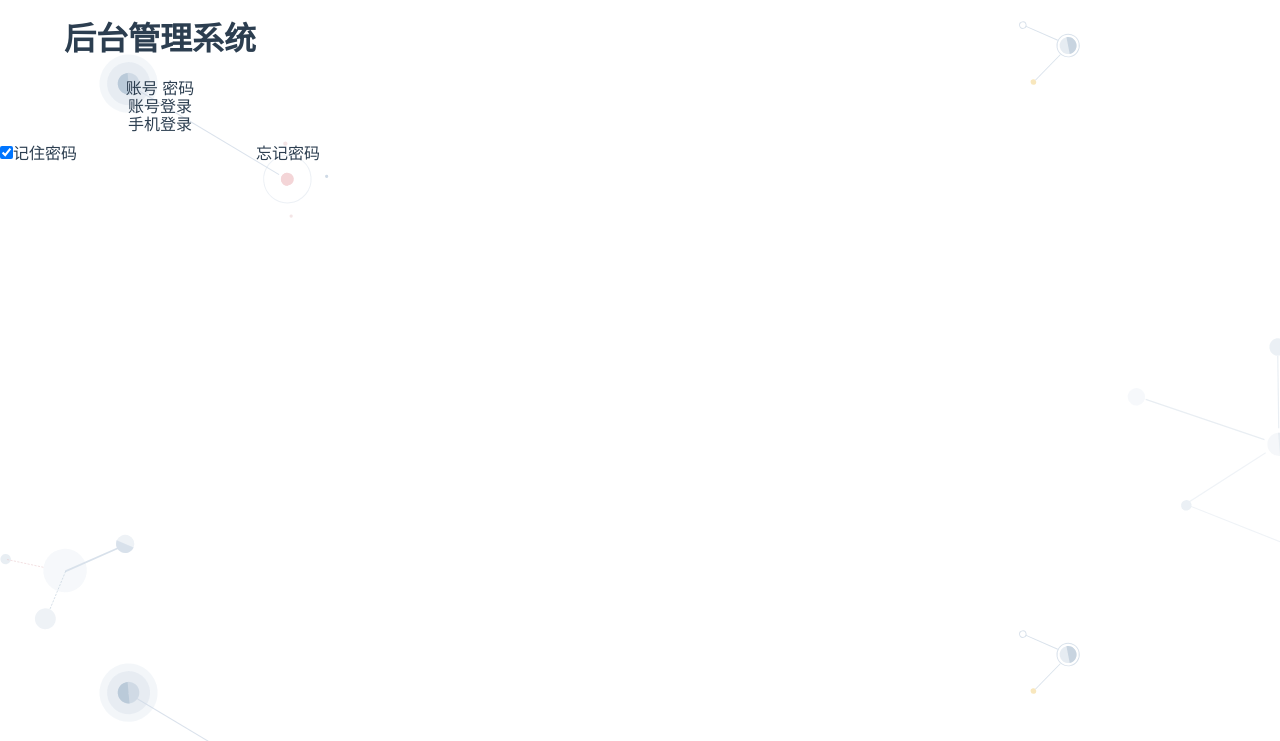
Repository: chenguox/vue-admin
Page: /#/login
These files come from the project's save history. The page is drawn as it stood at one moment and after the next save; the edit follows.
The browser window is 1280 px wide. The pictures show the whole page.
The page's requests for data from a server got no answer. The project was rebuilt for these pictures with package versions that can differ from the ones it lists, and the page was loaded fresh each time. No one was signed in, and anything a server would have sent is missing. Also part of the build but not shown: vue.config.js.

Above is the page before, as saved 2022-03-05 10:55:05.

### src/main.ts
import { createApp } from 'vue'
import { globalRegister } from './global'
import 'normalize.css'
import './assets/css/index.less'

import App from './App.vue'

import router from './router'
import store from './store'

import gxRequest from './service'

const app = createApp(App)

// 注册element-plus/其他
app.use(globalRegister)
app.use(router)
app.use(store)

app.mount('#app')

interface DataType {
  data: any
  returnCode: string
  success: boolean
}

gxRequest
  .request<DataType>({
    url: '/post',
    method: 'POST',
    interceptors: {
      requestInterceptor: (config) => {
        console.log('单个请求成功的拦截')
        return config
      },
      requestInterceptorCatch: (err) => {
        console.log('单个请求失败的拦截')
        return err
      },
      responseInterceptor: (res) => {
        console.log('单个响应成功的拦截')
        return res
      },
      responseInterceptorCatch: (err) => {
        console.log('单个响应失败的拦截')
        return err
      }
    }
  })
  .then((res) => {
    // 拿到请求结果
    console.log(res)
  })

### src/global/index.ts
import { App } from 'vue'
import registerElement from './register-element'

export function globalRegister(app: App): void {
  app.use(registerElement)
}

### src/App.vue
<template>
  <div id="app">
    <!-- <router-link to="/login">登录</router-link>
    <router-link to="/main">首页</router-link>
    <h2>{{ $store.state.name }}</h2> -->
    <router-view></router-view>
  </div>
</template>

<script lang="ts">
import { defineComponent } from 'vue'

export default defineComponent({
  name: 'App',
  components: {}
})
</script>

<style lang="less">
#app {
  font-family: Avenir, Helvetica, Arial, sans-serif;
  -webkit-font-smoothing: antialiased;
  -moz-osx-font-smoothing: grayscale;
  text-align: center;
  color: #2c3e50;
  // margin-top: 60px;
}
</style>

### src/router/index.ts
import { createRouter, createWebHashHistory } from 'vue-router'
import { RouteRecordRaw } from 'vue-router'

const routes: RouteRecordRaw[] = [
  {
    path: '/',
    redirect: '/main'
  },
  {
    path: '/main',
    component: () => import('../views/main/main.vue')
  },
  {
    path: '/login',
    component: () => import('../views/login/login.vue')
  }
]

// 创建 router 对象
const router = createRouter({
  routes,
  history: createWebHashHistory()
})

export default router

### src/store/index.ts
import { createStore } from 'vuex'

// 创建store对象
const store = createStore({
  state: () => {
    return {
      name: '哈哈'
    }
  },
  mutations: {},
  getters: {},
  actions: {}
})

export default store

### src/service/index.ts
// service 统一出口
import GXRequest from './request'
import { API_BASE_URL, TIME_OUT } from './request/config'

// 创建 gxRequest 实例
const gxRequest = new GXRequest({
  baseURL: API_BASE_URL,
  timeout: TIME_OUT,
  interceptors: {
    requestInterceptor: (config) => {
      console.log('请求成功的拦截')
      return config
    },
    requestInterceptorCatch: (err) => {
      console.log('请求失败的拦截')
      return err
    },
    responseInterceptor: (res) => {
      console.log('响应成功的拦截')
      return res
    },
    responseInterceptorCatch: (err) => {
      console.log('响应失败的拦截')
      return err
    }
  }
})

export default gxRequest

### src/global/register-element.ts
import { App } from 'vue'
import {
  ElButton,
  ElTabs,
  ElTabPane,
  ElIcon,
  ElForm,
  ElFormItem,
  ElInput,
  ElCheckbox,
  ElLink
} from 'element-plus'

const components = [
  ElButton,
  ElTabs,
  ElTabPane,
  ElIcon,
  ElForm,
  ElFormItem,
  ElInput,
  ElCheckbox,
  ElLink
]

export default function (app: App): void {
  for (const component of components) {
    app.component(component.name, component)
  }
}

### src/views/login/login.vue
<template>
  <div class="login">
    <login-panel />
  </div>
</template>

<script lang="ts">
import { defineComponent } from 'vue'
import LoginPanel from './cpns/login-panel.vue'

export default defineComponent({
  components: {
    LoginPanel
  },
  setup() {
    return {}
  }
})
</script>

<style scoped lange="less">
.login {
  width: 100%;
  height: 100%;
  background: url('../../assets/img/login-bg.svg');
}
</style>

### src/service/request/index.ts
import axios from 'axios'
import type { AxiosInstance } from 'axios'
import type { GXRequestInterceptors, GXRequestConfig } from './type'

class GXRequest {
  instance: AxiosInstance
  interceptors?: GXRequestInterceptors

  constructor(config: GXRequestConfig) {
    this.instance = axios.create(config)

    // 保存对应实例的拦截
    this.interceptors = config.interceptors

    // 1、添加所有实例的拦截器
    this.instance.interceptors.request.use(
      (config) => {
        console.log('所有实例的拦截器: 请求成功拦截')
        return config
      },
      (err) => {
        console.log('所有实例的拦截器: 请求失败拦截')
        return err
      }
    )

    this.instance.interceptors.response.use(
      (res) => {
        console.log('所有实例的拦截器: 响应成功拦截')
        return res
      },
      (err) => {
        console.log('所有实例的拦截器: 响应失败拦截')
        return err
      }
    )

    // 2、添加实例拦截器(从config中取出对应的实例)
    this.instance.interceptors.request.use(
      this.interceptors?.requestInterceptor,
      this.interceptors?.requestInterceptorCatch
    )
    this.instance.interceptors.response.use(
      this.interceptors?.responseInterceptor,
      this.interceptors?.responseInterceptorCatch
    )
  }

  // 需要将返回结果类型改为 Promise, 且类型应该是请求者决定，所以使用泛型
  request<T>(config: GXRequestConfig<T>): Promise<T> {
    // 处理成返回一个 promise
    return new Promise((resolve, reject) => {
      if (config.interceptors?.requestInterceptor) {
        // 执行请求拦截，执行完将config返回
        config = config.interceptors.requestInterceptor(config)
      }
      this.instance
        .request<any, T>(config)
        .then((res) => {
          if (config.interceptors?.responseInterceptor) {
            res = config.interceptors.responseInterceptor(res)
          }

          // 将结果 resolve 返回出去
          resolve(res)
        })
        .catch((err) => {
          reject(err)
        })
    })
  }
}

export default GXRequest

### src/service/request/config.ts
// 通过加载 .env 文件的方式区分环境变量
export const API_BASE_URL = process.env.VUE_APP_BASE_URL
export const TIME_OUT = 10000

### src/views/login/cpns/login-panel.vue
<template>
  <div class="login-panel">
    <h1 class="title">后台管理系统</h1>
    <el-tabs>
      <el-tab-pane type="border-card">
        <template #label>
          <span>
            <el-icon><avatar /></el-icon>账号登录
          </span>
        </template>
        账号 密码
      </el-tab-pane>
      <el-tab-pane>
        <template #label>
          <span>
            <el-icon><cellphone /></el-icon>手机登录
          </span>
        </template>
        手机
      </el-tab-pane>
    </el-tabs>
    <div class="account-control">
      <el-checkbox
        v-model="isKeepPassword"
        label="记住密码"
        size="large"
      ></el-checkbox>
      <el-link type="primary">忘记密码</el-link>
    </div>
  </div>
</template>

<script lang="ts">
import { defineComponent, ref } from 'vue'

export default defineComponent({
  setup() {
    const isKeepPassword = ref(true)
    return {
      isKeepPassword
    }
  }
})
</script>

<style scoped lang="less">
.login-panel {
  width: 320px;

  // .title {

  // }
  .account-control {
    margin-top: 10px;
    display: flex;
    justify-content: space-between;
  }
}
</style>

Loaded but not shown: public/index.html (common file); src/assets/css/index.less (common file); src/assets/css/base.less (common file)

After the next save:
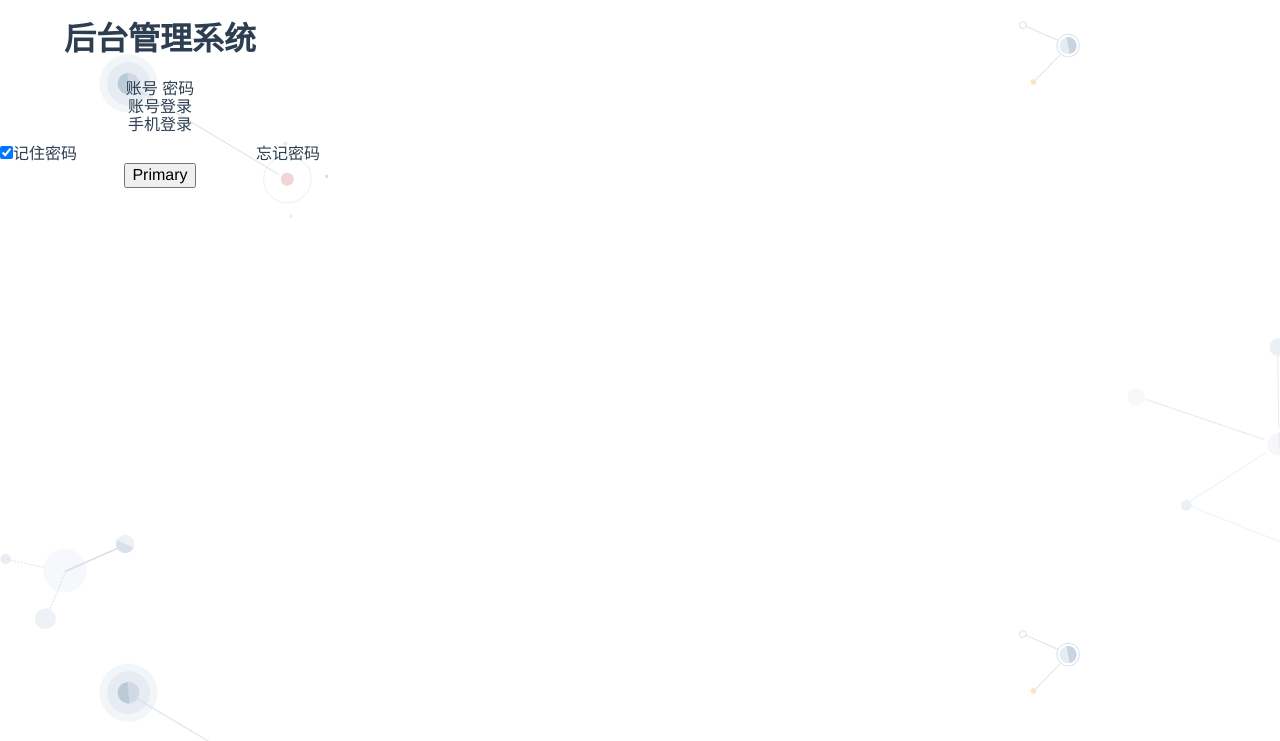
Saved 48 s later.
--- a/src/views/login/cpns/login-panel.vue
+++ b/src/views/login/cpns/login-panel.vue
@@ -27,6 +27,7 @@
       ></el-checkbox>
       <el-link type="primary">忘记密码</el-link>
     </div>
+       <el-button type="primary">Primary</el-button>
   </div>
 </template>
 
